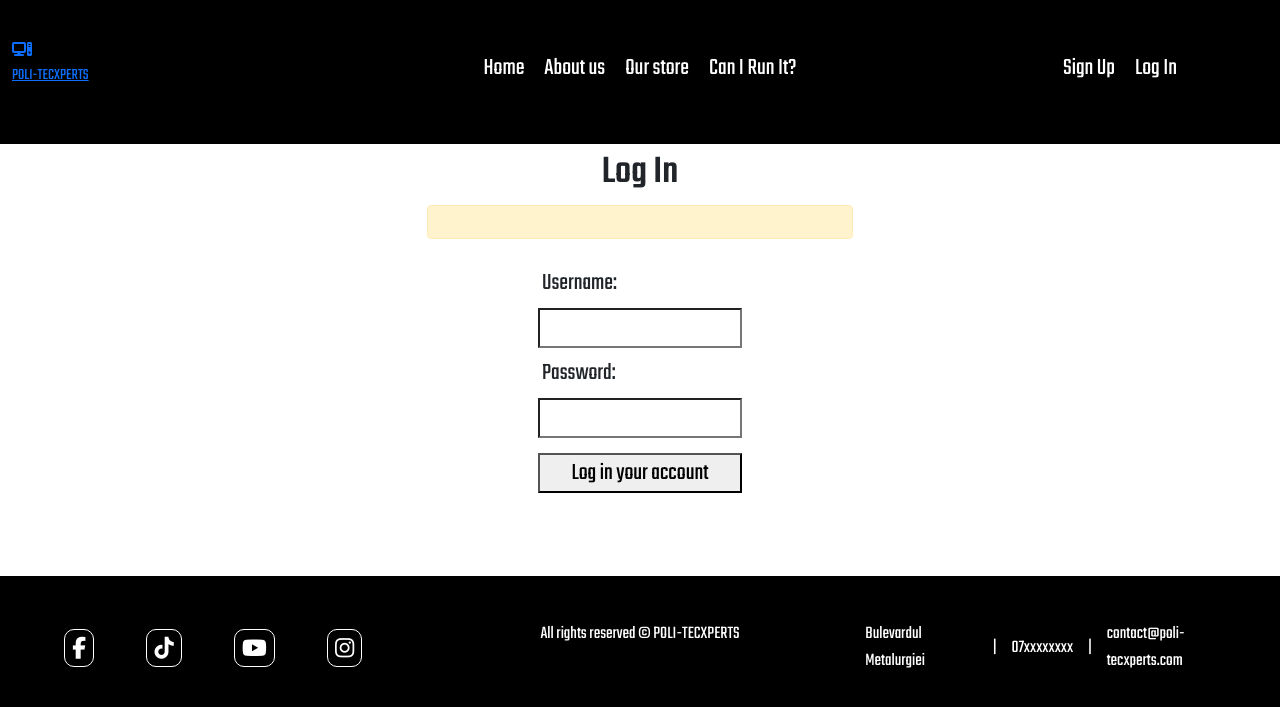
Repository: cristibtz/POLI_TECXPERTS
Page: login/login.html
An editor plug-in stored every save of this project. The page is shown before and after the next save, followed by the edit.
The browser window is 1280 px wide. The pictures show the whole page.

Above is the page before, as saved 2024-04-27 18:21:59.

### login/login.html
<!DOCTYPE html>
<html lang="en">
<head>
    <meta charset="UTF-8">
    <meta name="viewport" content="width=device-width, initial-scale=1.0">
    <link rel="stylesheet" href="../css/bootstrap.css">
    <link rel="stylesheet" href="../css/default.css">
    <link rel="stylesheet" href="../css/fontawesome-free-6.5.2-web/css/all.min.css">
    <link rel="stylesheet" href="../css/fontawesome-free-6.5.2-web/css/fontawesome.min.css">
    <link rel="stylesheet" href="../css/forms.css">
    <script src="../js/jquery.js"></script>
    <title>POLI-TECXPERTS</title>

</head>
<body>
    <div class="header">
        <div class="container-fluid">
            <div class="row">
                <div class="col-md-3">
                    <div class="logo">
                        <a href="index.html" id="logo">
                            <i class="fa-solid fa-computer"></i>
                            <p>POLI-TECXPERTS</p>
                        </a>
                    </div>
                </div>
                <div class="col-md-6">
                    <div class="navigation">
                        <ul class="menu">
                            <li><a href="../index.html">Home</a></li>
                            <li><a href="../about.html">About us</a></li>
                            <li><a href="../store.php">Our store</a></li>
                            <li><a href="../canIRunIt.html">Can I Run It?</a></li>
                        </ul>
                    </div>
                </div>
                <div class="col-md-3">
                    <div class="navigation">
                        <ul class="menu">
                            <li><a href="signup.html">Sign Up</a></li>
                            <li><a href="#">Log In</a></li>
                        </ul>
                    </div>
                </div>
            </div>
        </div>
    </div>
    <div class="content">
        <div class="container-fluid">

            <div class="row">
                <h1>Log In</h1>
            </div>

            <div class="row">
                <div class="col-md-4"></div>
                <div class="col-md-4">

                    <div class="row alert alert-warning hidden" id="message-div">
                    </div>

                    <div class="row hidden" id="serv-resp">
                    </div>

                    <form method="post" id="login-form" class="form">
                        <div class="row">
                            <label for="username">Username: </label>
                            <input type="text" name="username" id="username">
                        </div>
                        <div class="row">
                            <label for="password">Password: </label>
                            <input type="password" name="password" id="password">
                        </div>
                        <div class="row">
                            <input type="submit" name="submit" id="submit" value="Log in your account">
                        </div>
                    </form>
                </div>
                <div class="col-md-4"></div>
            </div>
        </div>
    </div>
    <div class="footer">
        <div class="container-fluid">
            <div class="row">
                <div class="col-md-4 icons">
                    <a href=""><i class="fa-brands fa-facebook-f"></i></a>
                    <a href=""><i class="fa-brands fa-tiktok"></i></a>
                    <a href=""><i class="fa-brands fa-youtube"></i></a>
                    <a href=""><i class="fa-brands fa-instagram"></i></a>
                </div>
                <div class="col-md-4">
                    <div class="copyright">
                        All rights reserved © POLI-TECXPERTS
                    </div>
                </div>
                <div class="col-md-4 contact-info">
                    <p>Bulevardul Metalurgiei</p>
                    <p>|</p>
                    <p>07xxxxxxxx</p>
                    <p>|</p>
                    <p>contact@poli-tecxperts.com</p>
                </div>
            </div>
        </div>
    </div>
</body>

<script>

    $(document).ready(function(){
        $("#submit").click(function(e){
            e.preventDefault();
            var $form = $(this).closest(".form");
            var username = $form.find("#username").val();
            var password = $form.find("#password").val();

            let counter = 0;

            let serv_resp = document.getElementById("serv-resp");

            let message = document.getElementById("message-div");
            message.classList.add("hidden");
            message.classList.remove("visible");


            if(username === ""){
                message.innerHTML = "<p>Please enter a username</p>";
                message.classList.add("visible");
                message.classList.remove("hidden");
                counter++;
            } else if(password === ""){
                message.innerHTML = "<p>Please enter a password</p>";
                message.classList.add("visible");
                message.classList.remove("hidden");
                counter++;
            }

            if(counter === 0){
            message.classList.remove("visible");
            message.classList.add("hidden");
            $.ajax({
                url: "login.php",
                type: "POST",
                data: {
                    username: username,
                    password: password,
                    submit: true
                },
                success: function(data) {
                    if(data === 'http://localhost/POLI_TECXPERTS/user/dashboard.php'){
                        window.location.replace(data);
                    } else {
                    serv_resp.classList.add("visible");
                    serv_resp.classList.remove("hidden");
                    $('#serv-resp').html(data);
                    $form.trigger("reset");
                    window.location.href
                    }
                },
            });
        }
        });
    });

</script>

<script>
    if(window.history.replaceState) {
        window.history.replaceState(null, null, window.location.href);
    }
</script>

</html>

### css/default.css
@import url('https://fonts.googleapis.com/css2?family=Inter:wght@100..900&family=Teko:wght@300..700&display=swap');

*{
    margin: 0;
    padding: 0;
    box-sizing: border-box;
}

body {
    position: relative;
    min-height: 100vh;
    font-family: Teko, Inter;
}

.header {
    background-color: black;
    height: 20vh;
    display:flex;
    align-items: center;
    justify-content: center;
}

.navigation ul {
    list-style: none;
    display:flex;
    align-items: center;
    justify-content: center;
    margin: 0;
    padding-left: 0;
}

.navigation ul li{
    display: inline-block;
    padding: 10px;

}

.navigation ul li a{
    text-decoration: none;
    color: white;
    font-size: 24px;
}

.navigation ul li a:hover{
    text-decoration: none;
    color: black;
    background-color: rgb(255, 255, 255);
    padding: 3px;
    font-size: 26px;
    text-transform: uppercase;
}
.content {
    padding-bottom: 20vh;
}

.content h1, h2 {
    text-align: center;

}
.content h1 {
    margin-top: 5px;
}

.footer {
    height: 20vh;
    width: 100%;
    background-color: black;
    display: flex;
    align-items: center;
    justify-content: center;
    position: absolute;
    bottom: 0;
}

.copyright {
    color: white;
    text-align: center;
    font-size: 18px;
    margin: 0;
}

.contact-info {
    color: white;
    display: flex;
    align-items: center;
    justify-content: center;
    font-size: 18px;
}
.contact-info p {
    display: inline-block;
    padding-right: 15px;
    margin: 0;
}
.icons {
    display: flex;
    align-items: center;
    justify-content: space-evenly;
}
.icons i {
    color: white;
    padding: 7px;
    font-size: 22px;
    border: 1px solid white;
    border-radius: 10px;
}

### css/forms.css
form .row input {
    margin: 1vh auto;
    width: 50%;
    text-align: center;
    font-size: 24px;
    padding: 0;
    border-radius: 0;
}
 form .row input:focus{
    border-radius: 0;
    outline: none;
 }


form {
    margin: 0.6rem;
}

label {
    padding: 0;
    margin: 0;
    font-size: 24px;
    margin-left: 23%;
}

Loaded but not shown: css/bootstrap.css (library); css/fontawesome-free-6.5.2-web/css/all.min.css (library); css/fontawesome-free-6.5.2-web/css/fontawesome.min.css (library); js/jquery.js (library)

After the next save:
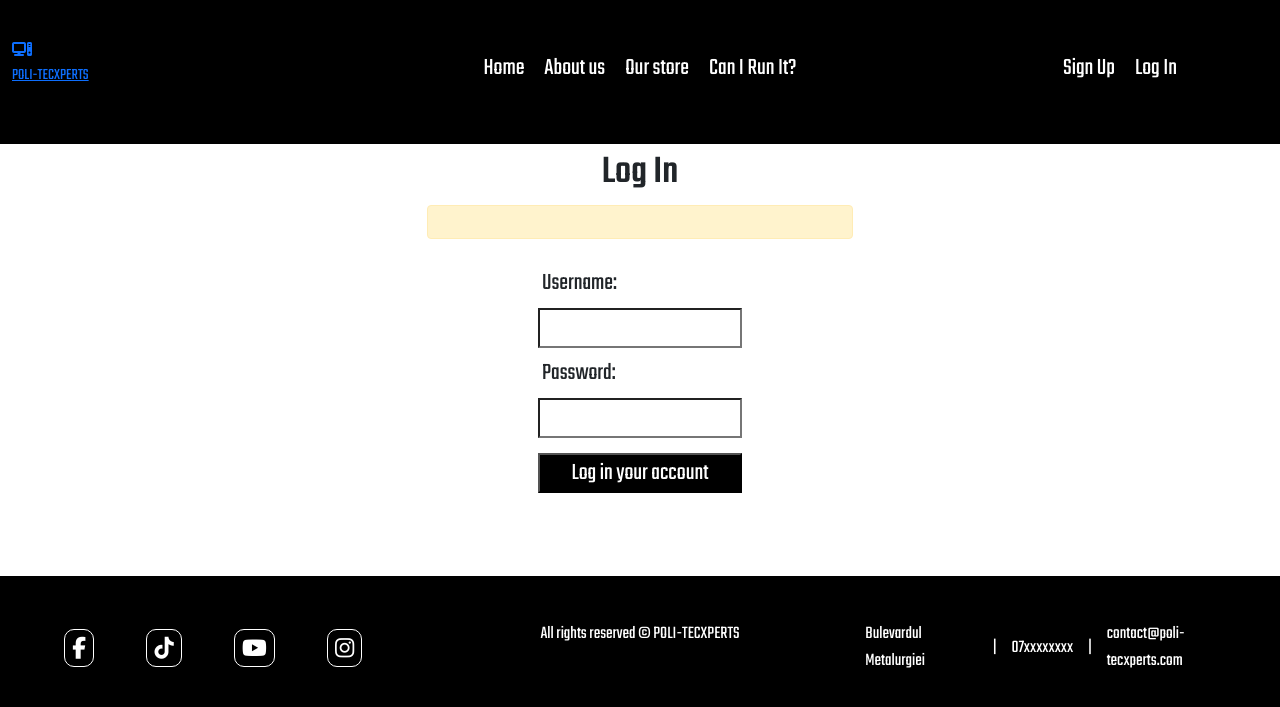
Saved 37 min 12 s later.
--- a/css/forms.css
+++ b/css/forms.css
@@ -22,3 +22,8 @@ label {
     font-size: 24px;
     margin-left: 23%;
 }
+
+#submit {
+    background-color: black;
+    color: white;
+}
